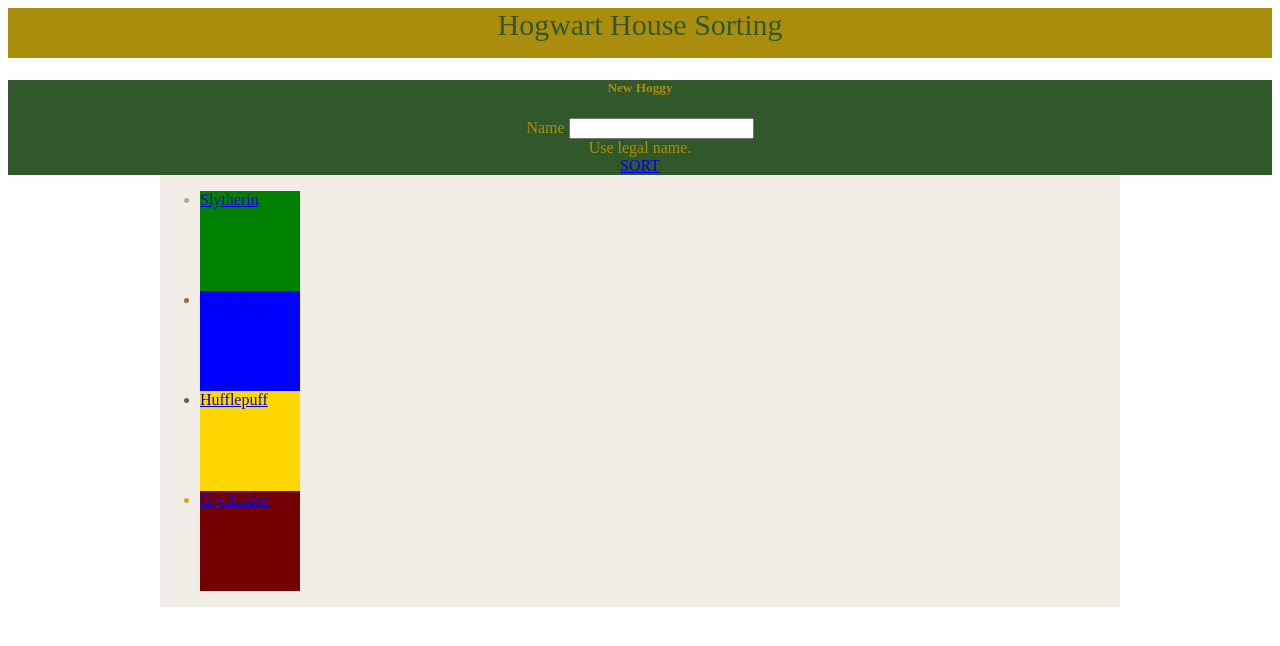
Repository: ZamlZam/INDIVIDUAL-PROJECT-sorting-hat
Page: index.html
The author's editor kept a copy of each file at every save. The page is drawn from the files as they stood at one save, then again after the next save.
The browser window is 1280 px wide. The pictures show the whole page.

Above is the page before, as saved 2023-04-29 12:07:17.

### index.html
<!DOCTYPE html>
<html lang="en">
<head>
  <meta charset="UTF-8">
  <meta http-equiv="X-UA-Compatible" content="IE=edge">
  <meta name="viewport" content="width=device-width, initial-scale=1.0">
  <title>Document</title>
  <link rel ="stylesheet" href="main.css">
</head>
<body>

  <div class="card1">
    <div class="card-header">
      Hogwart House Sorting
    </div>
    <div class="card-body">
      <h5 class="card-title">New Hoggy</h5>
      <form>
        <div class="mb-3">
          <label for="exampleInputEmail1" class="form-label">Name</label>
          <input type="Name" class="form-control" id="Name" aria-describedby="Name">
          <div id="Name" class="form-text">Use legal name.</div>
        </div>
      <!-- <p class="card-text">With supporting text below as a natural lead-in to additional content.</p> -->
      <a href="#" class="btn btn-primary">SORT</a>
    </div>

     <!-- Footer with flex-container -->
    <div class="card-footer">
      <div class="flex-container">
      <ul class="Houses">
        <li class="box one">
          <a class="nav-Slytherin" href="#">Slytherin</a>
        </li>
        <li class="box two">
          <a class="nav-Ravenclaw" href="#">Ravenclaw</a>
        </li>
        <li class="box three">
          <a class="nav-Hufflepuff" href="#">Hufflepuff</a>
        </li>
        <li class="box four">
          <a class="nav-Gryffindor" href="#">Gryffindor</a>
        </li>
      </ul>
    </div>


    </div>
  </div>









</body>
</html>

### main.css
.card-header {
  width: 100%;
  height: 50px;
  background: rgb(170, 141, 12);
  color: rgb(49, 88, 42);
  text-align: center;
  align-items: center;
  font-size: 30px;
  /* display:flex; */
  justify-content: center;
  font-weight:500;
}


.card-body {
  background: rgb(49, 88, 42);
  color: rgb(170, 141, 12);
  text-align: center;
  align-items: center;
}

.card-footer{
  width: 100%;
  max-width: 960px;
  margin: 0 auto;
  background: rgb(240, 238, 230);
  /* align-items: center;
  font-size: 30px;
  flex-direction: row-reverse; */
}

.flex-container{
  display: flex;

}

.box{
  height: 100px;
  width: 100px;
}

.one{
  background-color: green;
  color: #AAAAAA;
}

.two{
  background-color: blue;
  color: #946B2D;
}

.three{
  background-color: gold;
  color: #60605C;
}

.four{
  background-color: #740001;
  color: #D3A625;
}

After the next save:
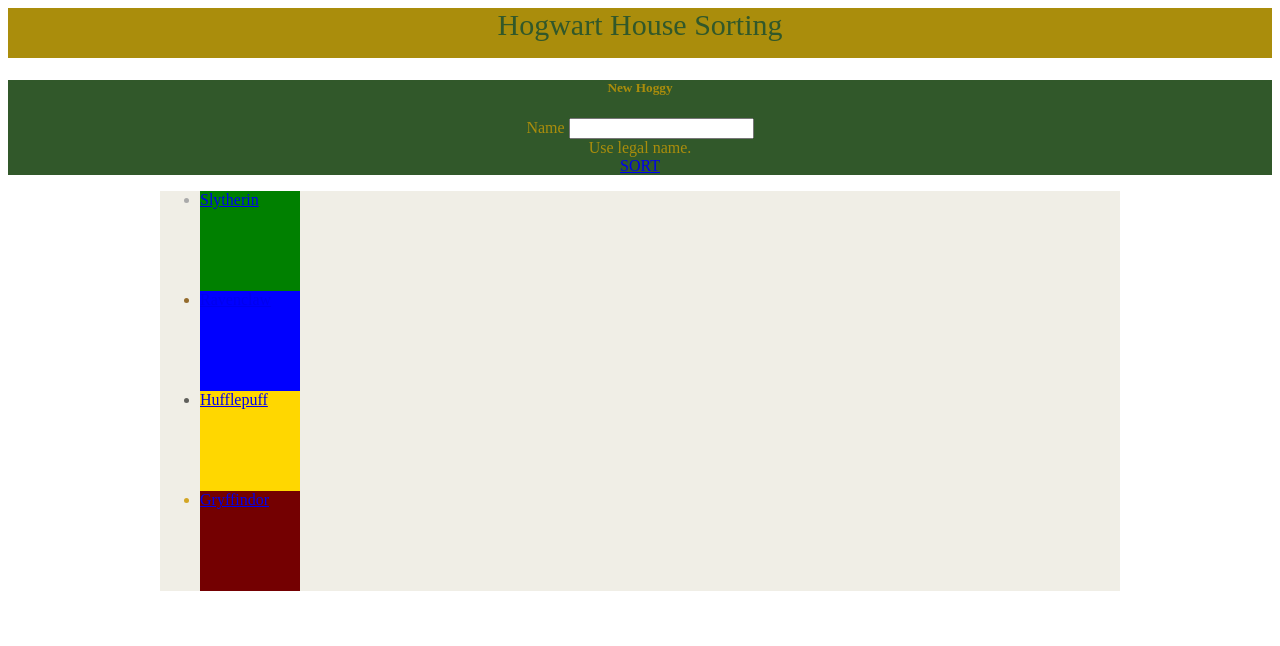
Saved 2 min 2 s later.
--- a/index.html
+++ b/index.html
@@ -27,7 +27,7 @@
 
      <!-- Footer with flex-container -->
     <div class="card-footer">
-      <div class="flex-container">
+      <!-- <div class="flex-container"> -->
       <ul class="Houses">
         <li class="box one">
           <a class="nav-Slytherin" href="#">Slytherin</a>
